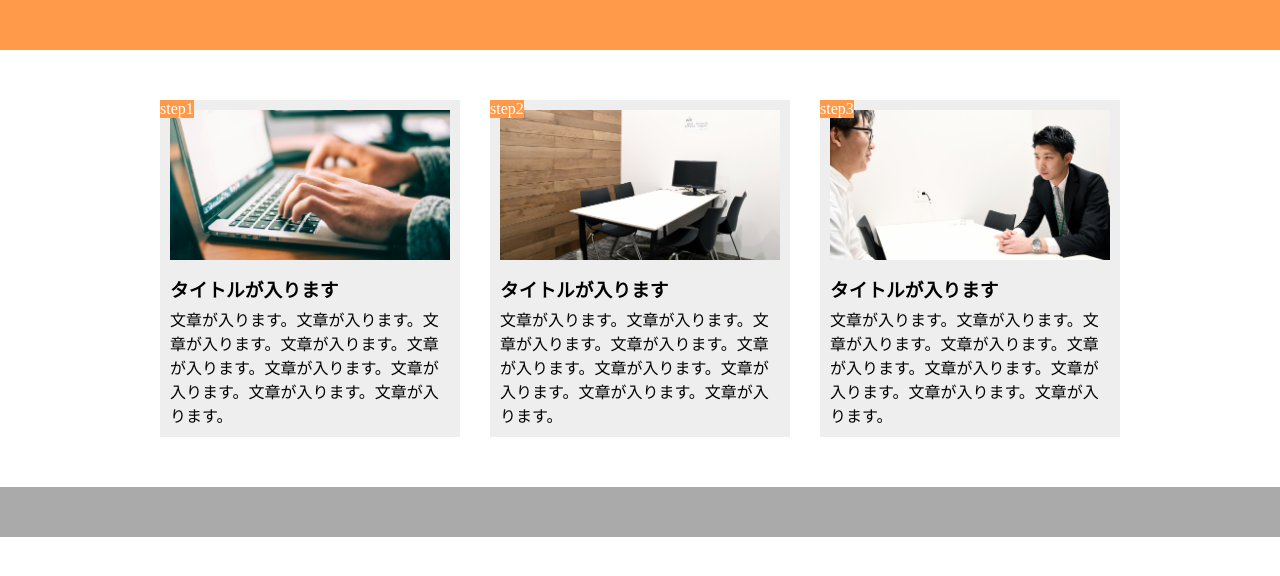
Repository: 0820miyu/kadai1
Page: kadai1.html
The author's editor kept a record of every edit. The page is drawn from the files as they stood at one moment, then again after the next edit.
The browser window is 1280 px wide. The pictures show the whole page.

Above is the page before.

After the next edit:
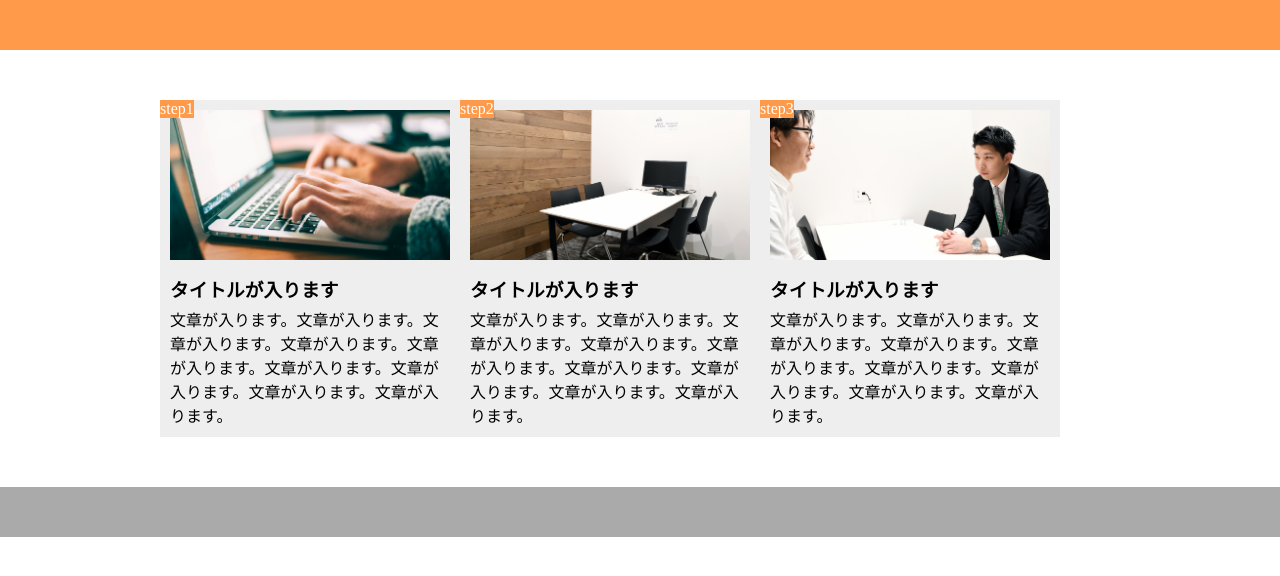
The edit:
--- a/kadai1.css
+++ b/kadai1.css
@@ -17,7 +17,6 @@
 
 .step-box {
   width: 300px;
-  margin-right: 30px;
   padding: 10px;
   position: relative;
   background-color: #eee;

After the edit that followed:
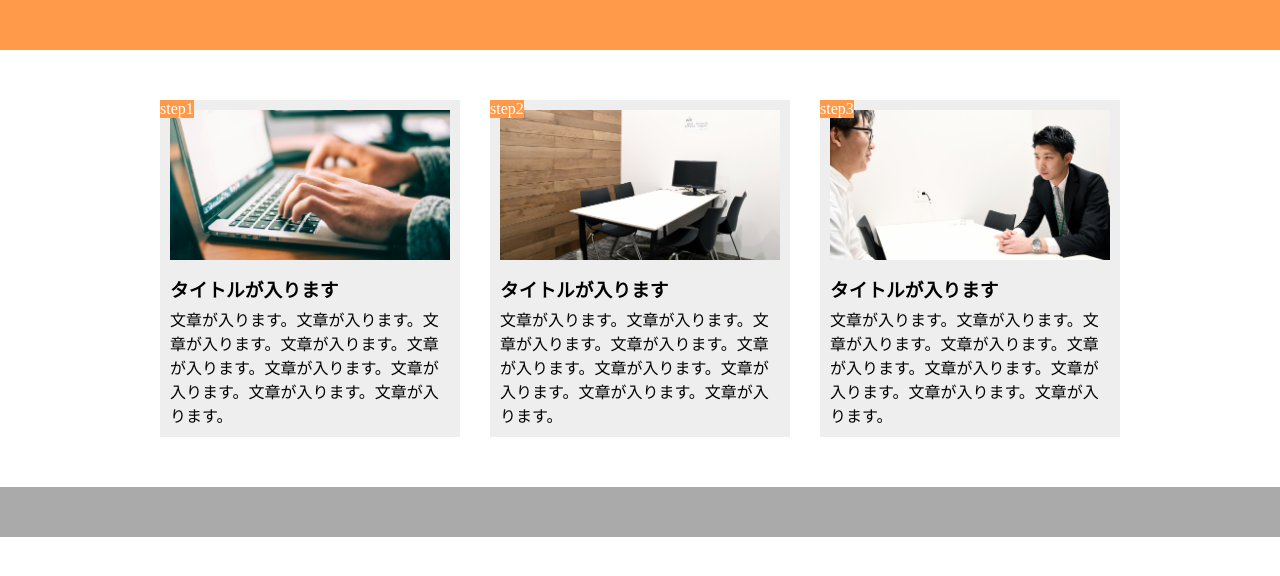
The edit:
--- a/kadai1.css
+++ b/kadai1.css
@@ -81,3 +81,8 @@
 footer{ width: 100%;
   margin-top: 50px;}
 }
+@media screen and (min-width: 769px){
+  .step-box{
+      margin-right: 30px;
+  }
+}
